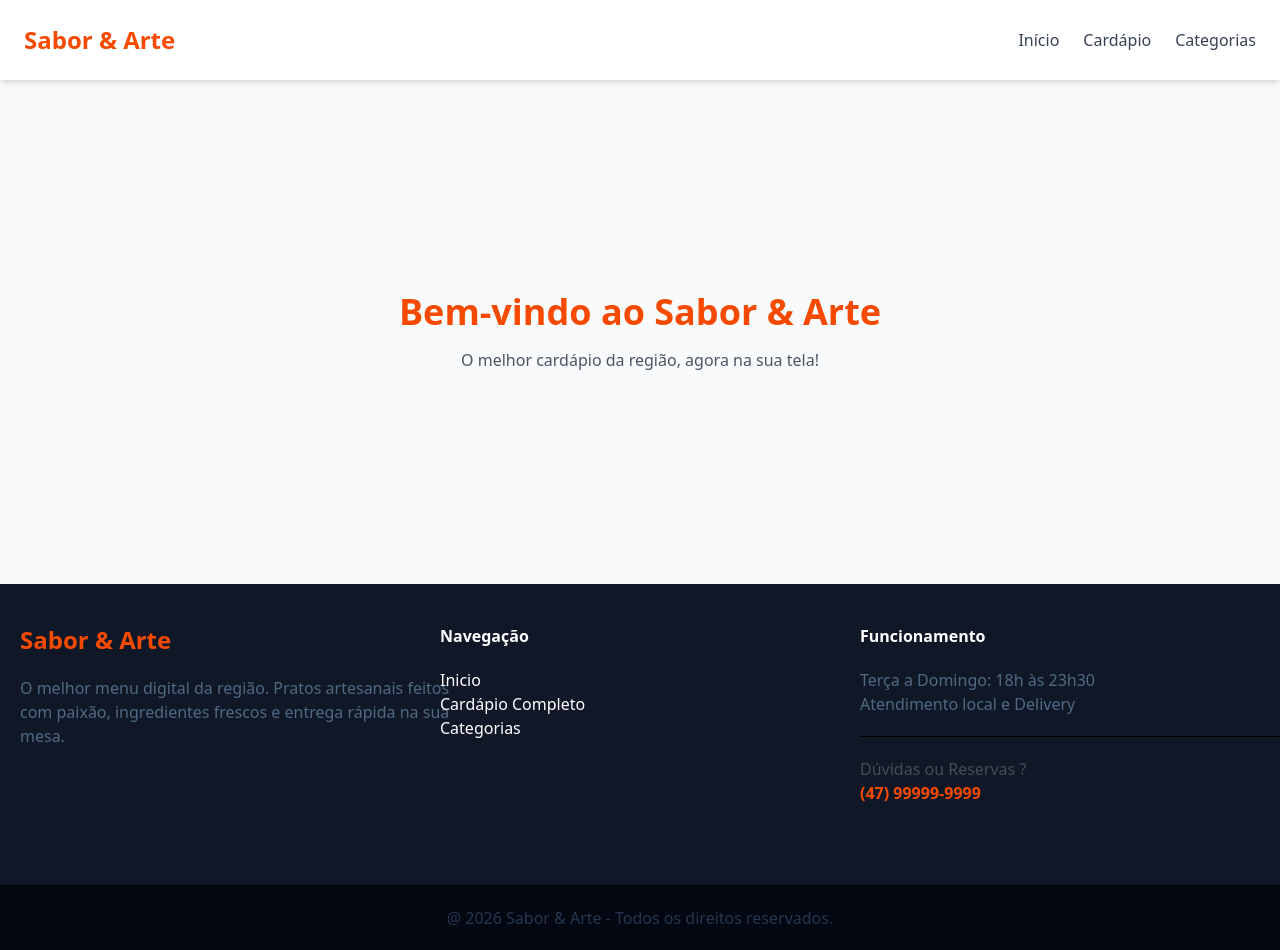
Repository: DiegoWWeege/pair-programming-next-js
Page: / (app in next-js-project/)
An editor plug-in stored every save of this project. The page is shown before and after the next save, followed by the edit.
The browser window is 1280 px wide. The pictures show the whole page.
The project was rebuilt for these pictures with package versions that can differ from the ones it lists, and the page was loaded fresh each time. The framework's server and built-in components were replaced by stand-ins that run in the browser. Also part of the build but not shown: next-js-project/next.config.ts.

Above is the page before, as saved 2026-09-18 18:57:28.

After the next save:
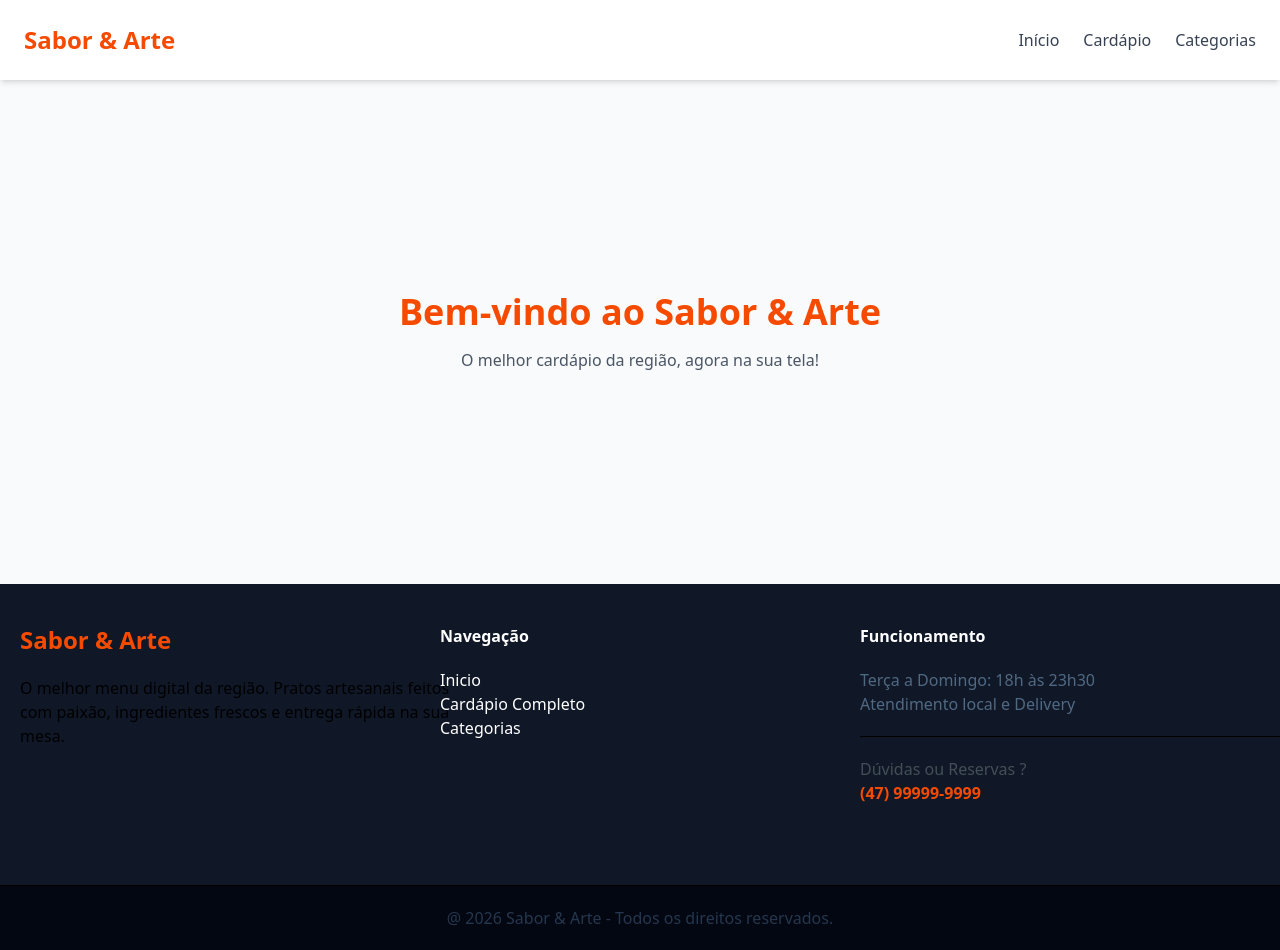
Saved 17 s later.
--- a/next-js-project/src/components/Footer.tsx
+++ b/next-js-project/src/components/Footer.tsx
@@ -11,7 +11,7 @@ export default function Footer(){
                         Sabor & Arte
                     </h2>
 
-                    <p className="w-110 mb-5 w-60 text-[#506982]">
+                    <p className="w-110 mb-5 w-60 text-c">
                         O melhor menu digital da região. Pratos artesanais feitos com
                         paixão, ingredientes frescos e entrega rápida na sua mesa.
                     </p>
